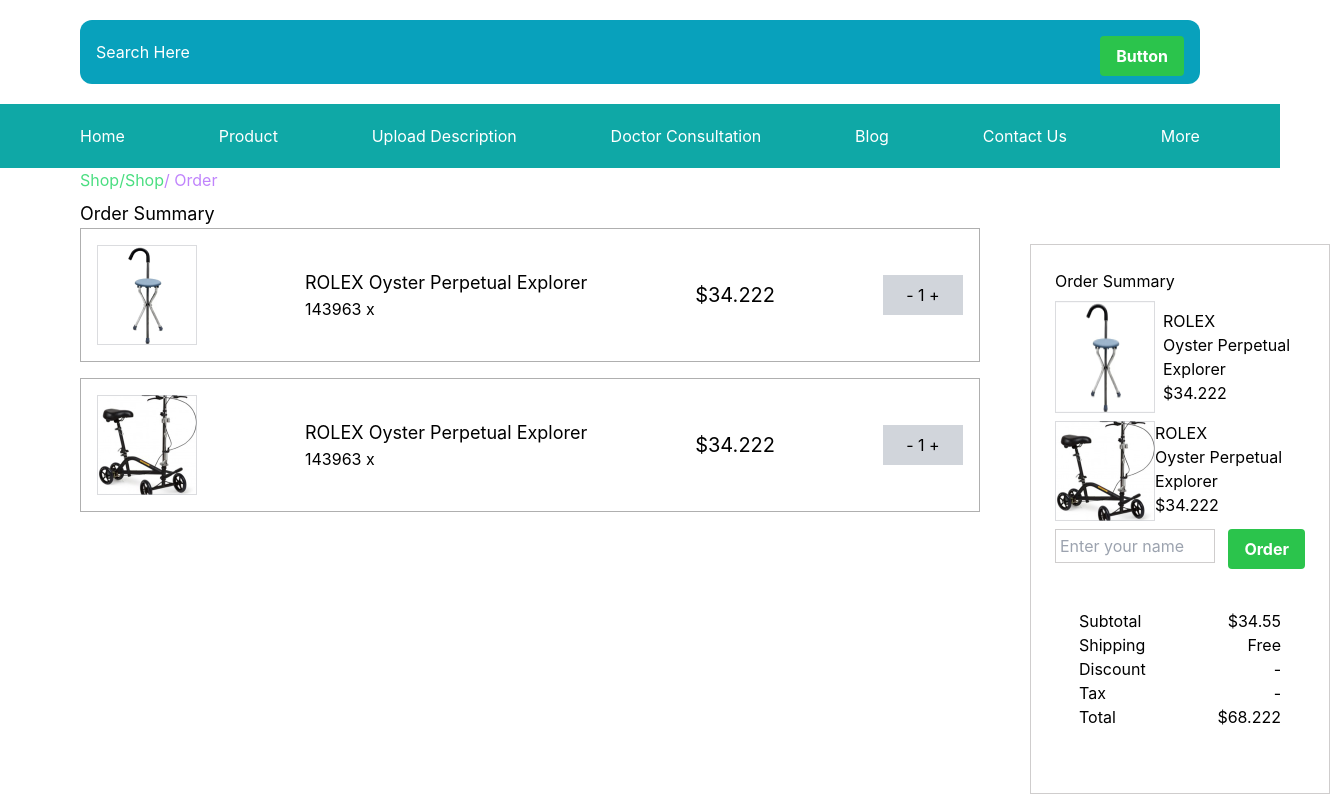
Repository: arafatmollah/pharma
Page: /
The author's editor kept a copy of each file at every save. The page is drawn from the files as they stood at one save, then again after a run of saves.
The browser window is 1280 px wide. The page is 1330 px wide, so the pictures cover 1330 px, including what lies to the right of the window. The pictures show the whole page.
The project was rebuilt for these pictures with package versions that can differ from the ones it lists, and the page was loaded fresh each time.

Above is the page before, as saved 2023-03-12 23:35:14.

After the next 2 saves:
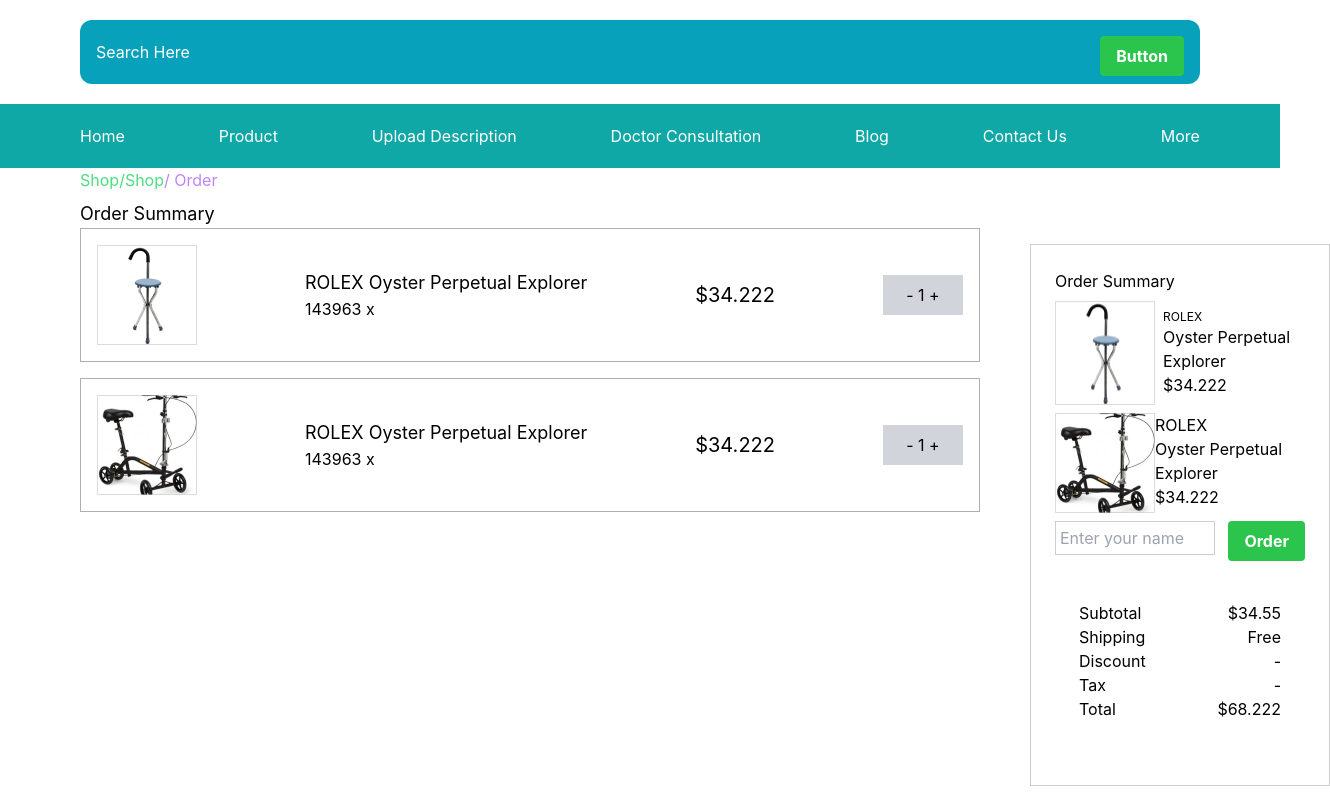
The 2 saves are shown as one change because they came seconds apart.
The last was saved 44 s later.
--- a/src/Order.js
+++ b/src/Order.js
@@ -53,7 +53,7 @@ function order() {
           <div className='flex justify-between my-2'>
             <img src={img}></img>
             <div className='mx-2 my-2'>
-              <p>ROLEX</p>
+              <p className='text-xs'>ROLEX</p>
               <h3>Oyster Perpetual Explorer</h3>
               <p>$34.222</p>
             </div>
